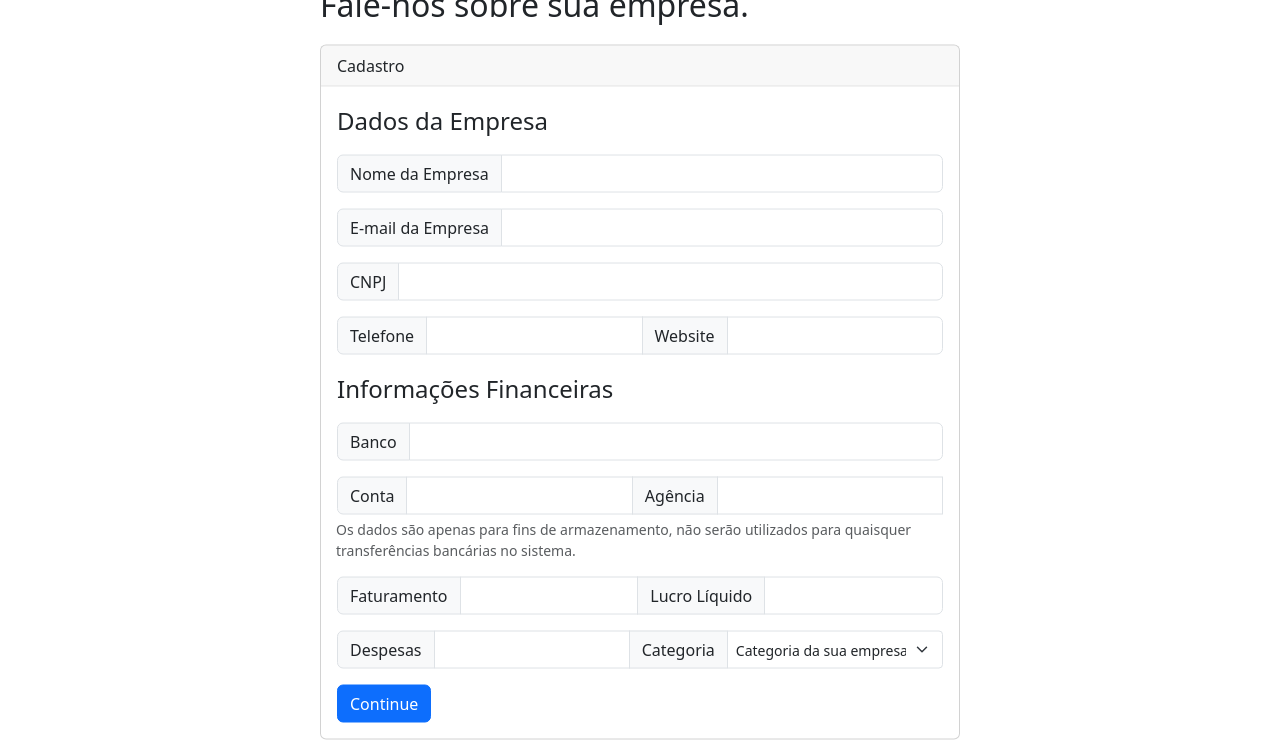
Repository: vandrecx/utilitaries
Page: http://localhost/login_archive/cadastro.php
The author's editor kept a copy of each file at every save. The page is drawn from the files as they stood at one save, then again after the next save.
The browser window is 1280 px wide. The pictures show the whole page.
The page is run by PHP 8.4 with error messages shown; the project is at /var/www/html/.

Above is the page before, as saved 2024-05-03 13:24:21.

After the next save:
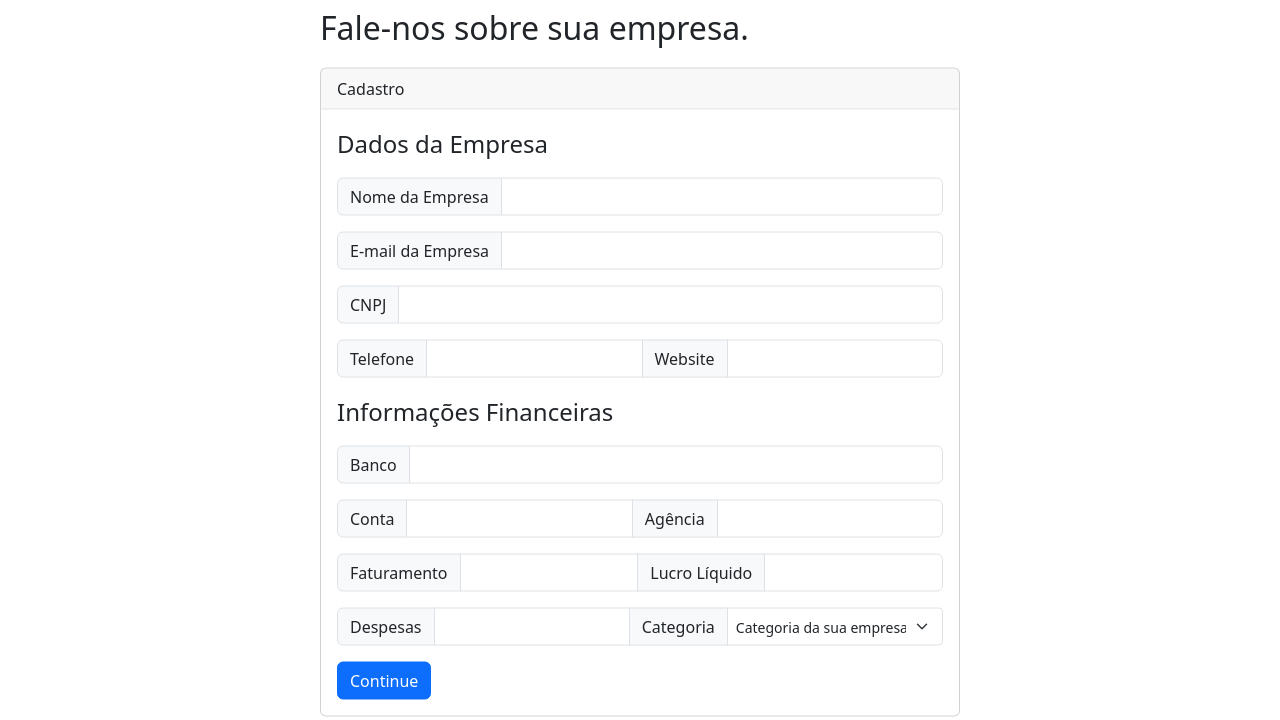
Saved 13 s later.
--- a/login_archive/cadastro.php
+++ b/login_archive/cadastro.php
@@ -51,9 +51,6 @@ include 'funcoes.php';
                         <input type="text" class="form-control" aria-label="Sizing example input" aria-describedby="inputGroup-sizing-default">
                         <span class="input-group-text" id="inputGroup-sizing-default">Agência</span>
                         <input type="text" class="form-control" aria-label="Sizing example input" aria-describedby="inputGroup-sizing-default">
-                        <div id="passwordHelpBlock" class="form-text">
-                            Os dados são apenas para fins de armazenamento, não serão utilizados para quaisquer transferências bancárias no sistema.
-                        </div>
                     </div>
                     <div class="input-group mb-3">
                         <span class="input-group-text" id="inputGroup-sizing-default">Faturamento</span>
